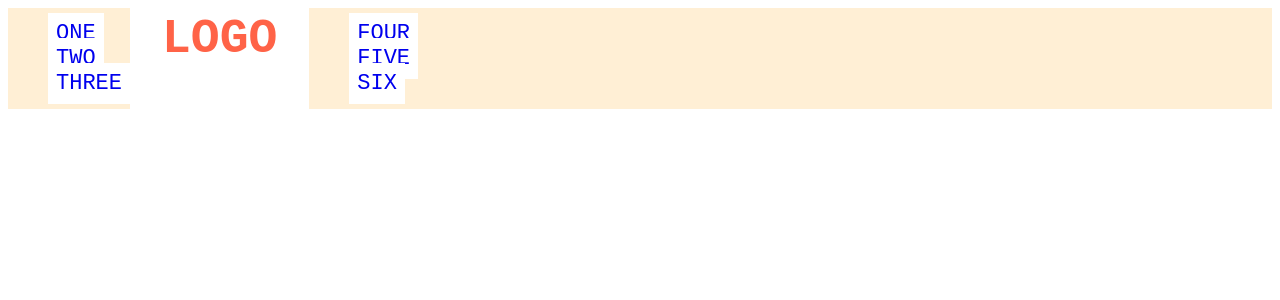
Repository: evemcd/odin_project
Page: 06-odin-css-flex/02-flex-header/index.html
The author's editor kept a copy of each file at every save. The page is drawn from the files as they stood at one save, then again after the next save.
The browser window is 1280 px wide. The pictures show the whole page.

Above is the page before, as saved 2022-02-02 13:16:43.

### 06-odin-css-flex/02-flex-header/index.html
<!DOCTYPE html>
<html lang="en">

<head>
    <meta charset="UTF-8">
    <meta http-equiv="X-UA-Compatible" content="IE=edge">
    <meta name="viewport" content="width=device-width, initial-scale=1.0">
    <title>Flex Header</title>
    <link rel="stylesheet" href="style.css">
</head>

<body>
    <div class="header">
        <div class="left-links">
            <ul>
                <li><a href="#">ONE</a></li>
                <li><a href="#">TWO</a></li>
                <li><a href="#">THREE</a></li>
            </ul>
        </div>
        <div class="logo">LOGO</div>
        <div class="right-links">
            <ul>
                <li><a href="#">FOUR</a></li>
                <li><a href="#">FIVE</a></li>
                <li><a href="#">SIX</a></li>
            </ul>
        </div>
    </div>
</body>

</html>

### 06-odin-css-flex/02-flex-header/style.css
.header {
    font-family: monospace;
    background: papayawhip;
    display: flex;
}

.logo {
    font-size: 48px;
    font-weight: 900;
    color: tomato;
    background: white;
    padding: 4px 32px;
}

ul {
    /* this removes the dots on the list items*/
    list-style-type: none;
}

a {
    font-size: 22px;
    background: white;
    padding: 8px;
    /* this removes the line under the links */
    text-decoration: none;
}

After the next save:
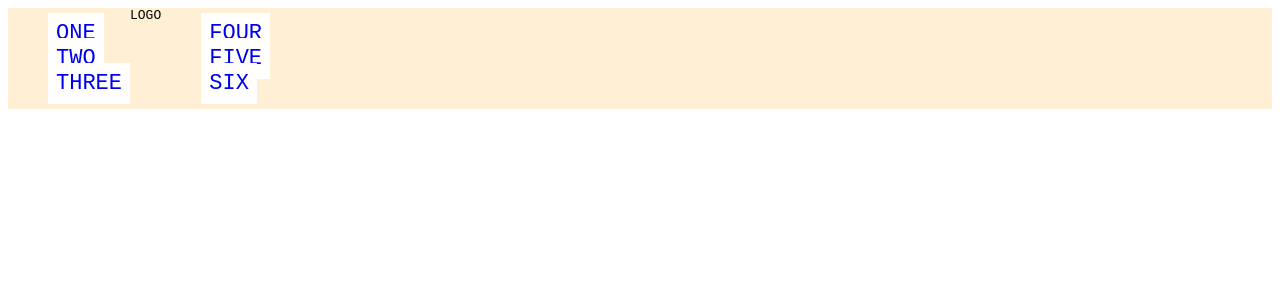
Saved 30 s later.
--- a/06-odin-css-flex/02-flex-header/style.css
+++ b/06-odin-css-flex/02-flex-header/style.css
@@ -4,7 +4,7 @@
     display: flex;
 }
 
-.logo {
+. .logo {
     font-size: 48px;
     font-weight: 900;
     color: tomato;

After the save that followed:
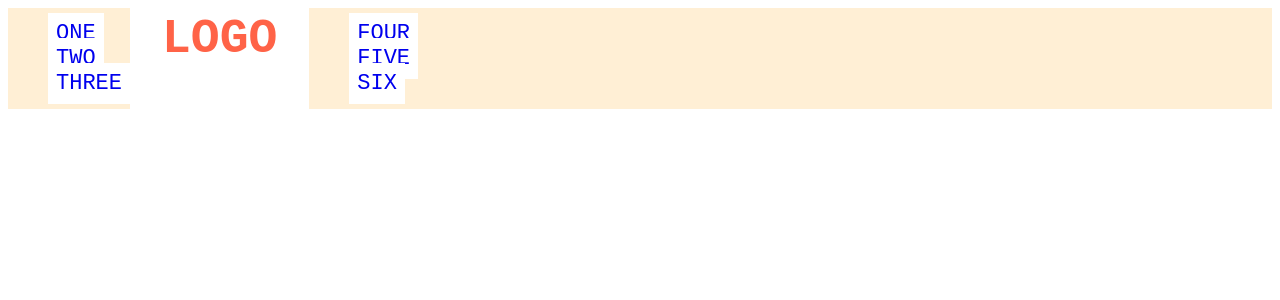
Saved 31 s later.
--- a/06-odin-css-flex/02-flex-header/style.css
+++ b/06-odin-css-flex/02-flex-header/style.css
@@ -4,7 +4,15 @@
     display: flex;
 }
 
-. .logo {
+.left-links {
+    display: flex;
+}
+
+.right-links {
+    display: flex;
+}
+
+.logo {
     font-size: 48px;
     font-weight: 900;
     color: tomato;
